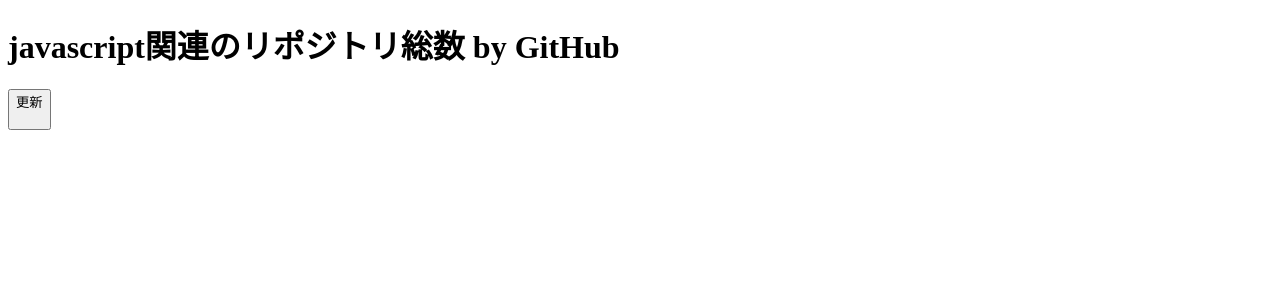
Repository: hayatesan8810/samurai_HTML-CSS
Page: index.html
The author's editor kept a record of every edit. The page is drawn from the files as they stood at one moment, then again after the next edit.
The browser window is 1280 px wide. The pictures show the whole page.

Above is the page before.

### index.html
<!DOCTYPE html>
<html lang="ja">
  <head>
    <meta charset="utf-8">
    <title>JavaScriptの練習</title>
  </head>

  <body>
  <h1>javascript関連のリポジトリ総数 by GitHub</h1>

  <button id="btn">更新</buttn>
  <h2 id="total"></h2>

  <script>
    const url = 'https://api.github.com/search/repositories?q=javascript';
    const btn= document.getElementById('btn');
    const total = document.getElementById('total');

    const createlist = item =>{
      const h2 = document.createElement('h2');

     h2.textContent = 'リボジトリの総数は'+item.total_count +'件です';

     total.appendChild(h2);
    }

    btn.addEventListener('click',() => {
      total.innerHTML ='';

      fetch(url)
      .then(date => date.json())
      .then(date => createlist(date))

    })
    </script>

   </body>


</html>

After the next edit:
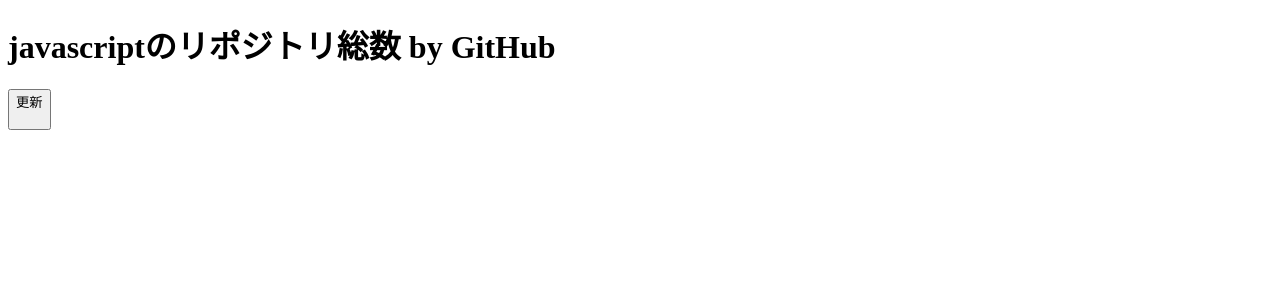
The edit:
--- a/index.html
+++ b/index.html
@@ -6,7 +6,7 @@
   </head>
 
   <body>
-  <h1>javascript関連のリポジトリ総数 by GitHub</h1>
+  <h1>javascriptのリポジトリ総数 by GitHub</h1>
 
   <button id="btn">更新</buttn>
   <h2 id="total"></h2>
